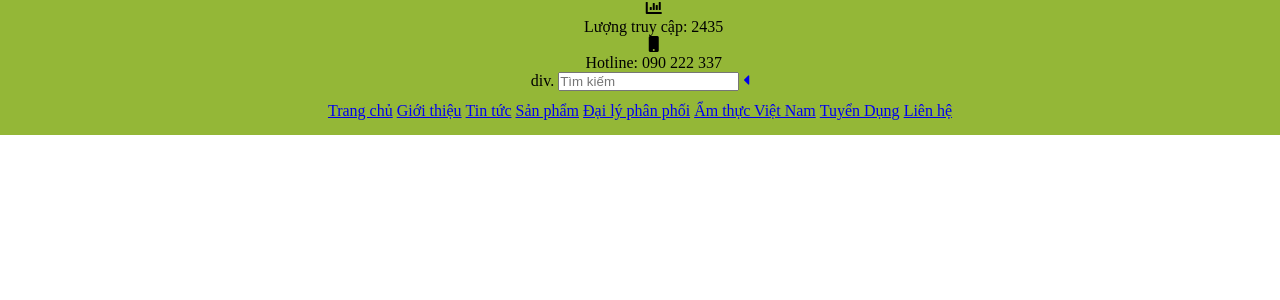
Repository: NgocTruong0701/Self_Learning
Page: html/practice/Baitapweb/index.html
These files come from the project's save history. The page is drawn as it stood at one moment and after the next save; the edit follows.
The browser window is 1280 px wide. The pictures show the whole page.

Above is the page before, as saved 2021-10-06 16:47:08.

### html/practice/Baitapweb/index.html
<!DOCTYPE html>
<html>
    <head>
        <title>Web Bài 4</title>
        <meta charset="UTF-8">
        <meta name="author" content="Lê Ngọc Trường">
        <link rel="stylesheet" type="text/css" href="./assets/css/styles.css">
        <link rel="stylesheet" href="./assets/font/fontawesome-free-5.15.4-web/css/all.css">
    </head>

    <body>
        <!-- Begin Header -->
        <header>
            <!-- logo -->
           div.

            <!-- khối bên phải -->
            <div class="box-right">
                <div class="thongtin">
                    <div class="ltruycap">
                        <i class="fas fa-chart-bar"></i>
                        <p>Lượng truy cập: 2435</p>
                    </div>

                    <div class="hotline">
                        <i class="fas fa-mobile"></i>
                        <p>Hotline: 090 222 337</p>
                    </div>
                </div>

                <div class="search">
                    <form action="url" method="GET">
                        <input type="text" placeholder="Tìm kiếm">
                        <a href="#">
                            <i class="fas fa-caret-left"></i>
                        </a>
                    </form>
                </div>
            </div>

            <!-- menu header -->
            <div class="menu-header">
                <ul class="menu-tren">
                    <li><a href="#">Trang chủ</a></li>
                    <li><a href="#">Giới thiệu</a></li>
                    <li><a href="#">Tin tức</a></li>
                    <li><a href="#">Sản phẩm</a></li>
                    <li><a href="#">Đại lý phân phối</a></li>
                    <li><a href="#">Ẩm thực Việt Nam</a></li>
                    <li><a href="#">Tuyển Dụng</a></li>
                    <li><a href="#">Liên hệ</a></li>
                </ul>
            </div>

        </header>
        <!-- End Header -->

        <!-- Begin Body -->
        <div id="container">

        </div>
        <!-- End Body -->

        <!-- Begin Footer -->
        <footer>

        </footer>
        <!-- End Footer -->
    </body>
</html>

### html/practice/Baitapweb/assets/css/styles.css
/* RESET CSS */
*{
    padding:0;
    margin: 0;
    box-sizing:border-box;
}

/* Begin Header */
header{
    background-color: #94b737;
    text-align: center;
    width: 100%;
    height: 135px;
}

.logo{
    display: inline-block;
}

.header-heading{
    text-transform: uppercase;
    display: inline-block;
    padding-right:100px;
    height:

}

header .box-right{
    display: inline-block;
}

.menu-header{
    height: 40px;
}


.menu-tren li{
    display: inline-block;
}

.menu-tren li a{
    line-height: 40px;
}


/* End Header */

/* Begin Container */




/* End Container */

/* Begin Footer */





/* End Footer */

Loaded but not shown: html/practice/Baitapweb/Web4-Webside-LeNgocTruong-2020601391/assets/font/fontawesome-free-5.15.4-web/css/all.css (library)

After the next save:
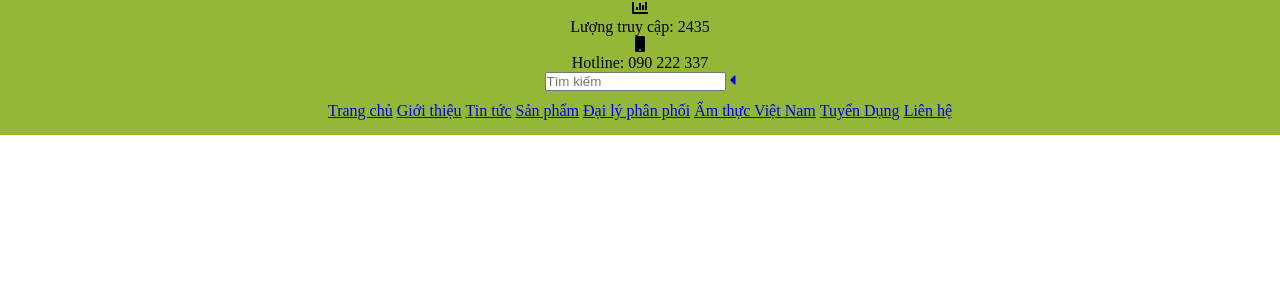
Saved 13 s later.
--- a/html/practice/Baitapweb/index.html
+++ b/html/practice/Baitapweb/index.html
@@ -12,7 +12,9 @@
         <!-- Begin Header -->
         <header>
             <!-- logo -->
-           div.
+           <div class="box-left">
+
+           </div>
 
             <!-- khối bên phải -->
             <div class="box-right">
